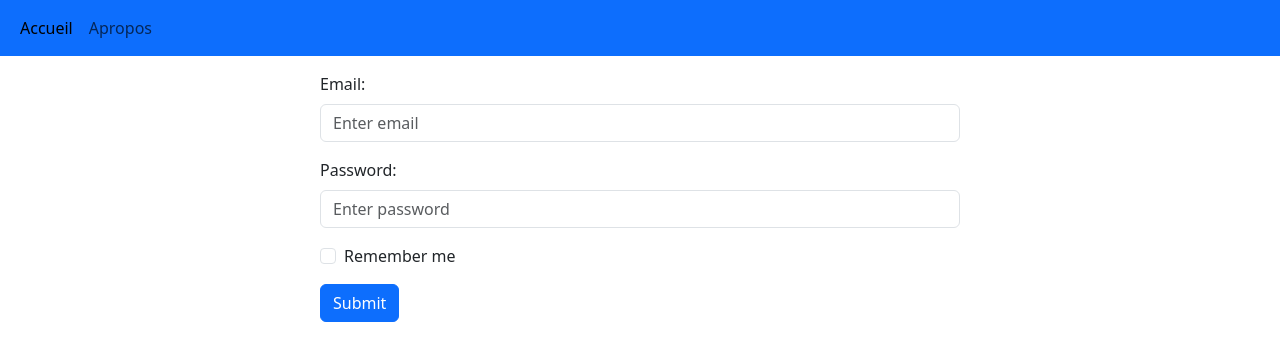
Repository: SKB-TECH/MinProject
Page: IHM/index.html
These files come from the project's save history. The page is drawn as it stood at one moment and after the next save; the edit follows.
The browser window is 1280 px wide. The pictures show the whole page.
Some web libraries are served in a nearby version.

Above is the page before, as saved 2022-09-29 14:58:43.

After the next save:
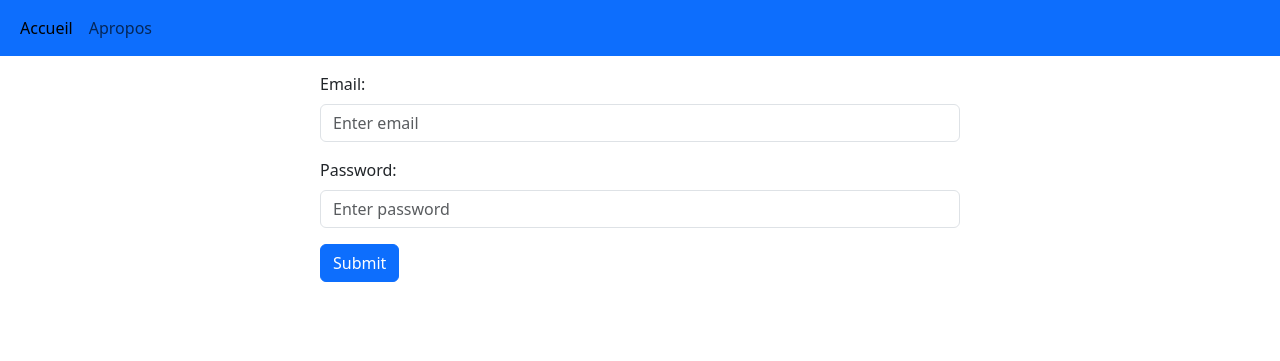
Saved 22 s later.
--- a/IHM/index.html
+++ b/IHM/index.html
@@ -33,11 +33,6 @@
               <label for="pwd" class="form-label">Password:</label>
               <input type="password" class="form-control" id="pwd" placeholder="Enter password" name="pswd">
             </div>
-            <div class="form-check mb-3">
-              <label class="form-check-label">
-                <input class="form-check-input" type="checkbox" name="remember"> Remember me
-              </label>
-            </div>
             <button type="submit" class="btn btn-primary width:100%">Submit</button>
           </form>
         </div>
